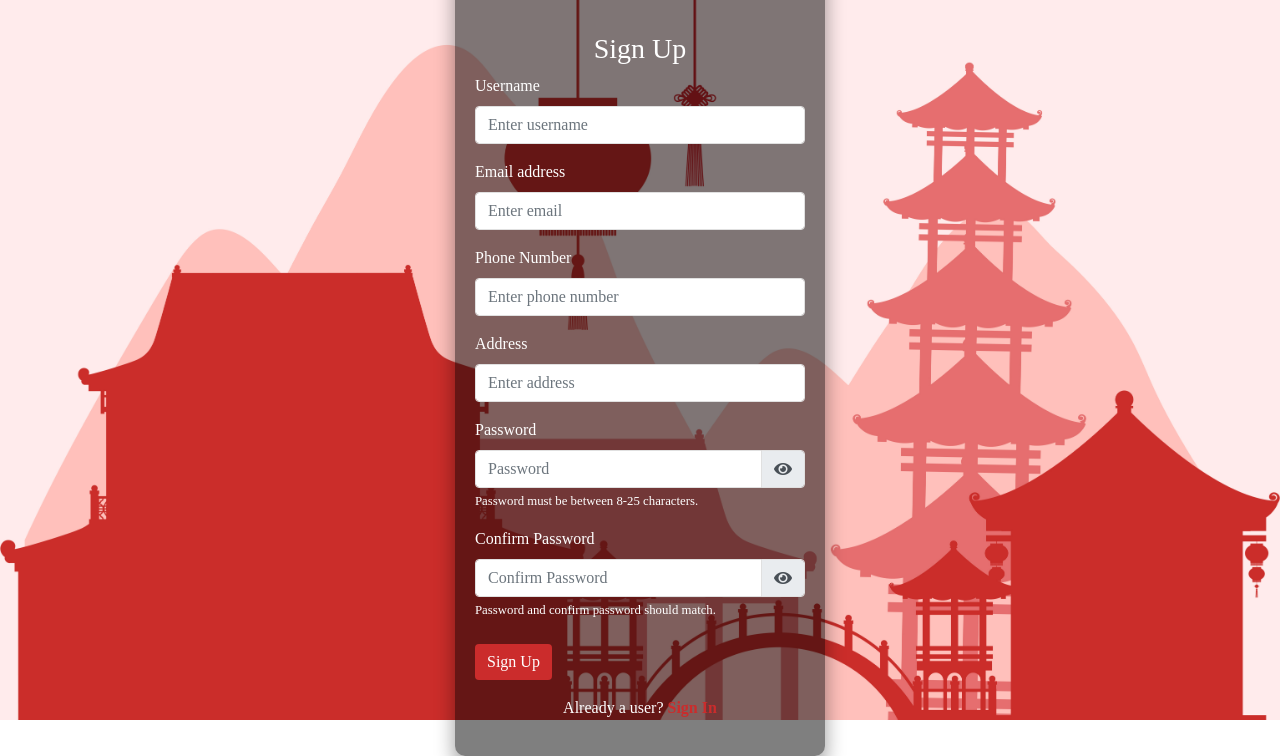
Repository: KARUPPAIYA77/Royal-Kitchen
Page: http://localhost/RoyalKitchen/signUp.jsp
An editor plug-in stored every save of this project. The page is shown before and after the next save, followed by the edit.
The browser window is 1280 px wide. The pictures show the whole page.
Some web libraries are served in a nearby version. The page is served by Tomcat 9.

Above is the page before, as saved 2025-03-04 06:59:44.

After the next save:
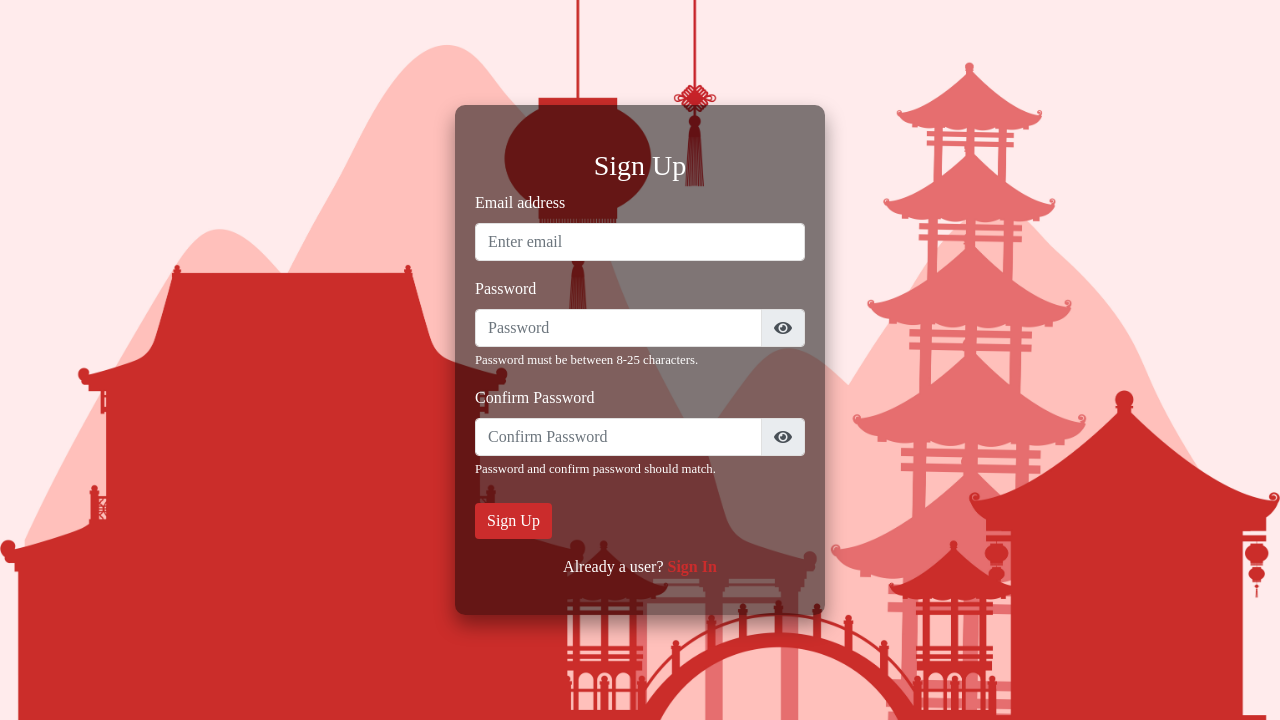
Saved 22 s later.
--- a/RoyalKitchen/src/main/webapp/signUp.jsp
+++ b/RoyalKitchen/src/main/webapp/signUp.jsp
@@ -51,75 +51,65 @@
     -->
 	<div class="bg">
 		<div
-			class="container d-flex justify-content-center align-items-center my-3">
+			class="container d-flex justify-content-center align-items-center my-5">
 			<div class="glass-effect col-10 col-md-8 col-lg-6 col-xl-4">
 				<!--
                 The heading of the sign-up form
                 <p>Displayed as the form title</p>
                 -->
-				<h3 class="text-center mt-5">Sign Up</h3>
+				<h3 class="text-center mt-4">Sign Up</h3>
 
 				<!--
                 The sign-up form
                 <p>Collects user details for signing up</p>
                 -->
 				<form action="signUp" method="post">
-    <!-- Username -->
-    <div class="form-group">
-        <label for="username">Username</label>
-        <input type="text" class="form-control" id="username" name="username" placeholder="Enter username" required>
-    </div>
+					<div class="form-group">
+						<!--
+                        Email input field
+                        <p>Collects the user's email address</p>
+                        -->
+						<label for="email">Email address</label> <input type="email"
+							class="form-control" id="email" name="email"
+							placeholder="Enter email" required>
+					</div>
+					<div class="form-group">
+						<label for="password">Password</label>
+						<div class="input-group">
+							<input type="password" class="form-control" id="password"
+								name="password" placeholder="Password" required>
+							<div class="input-group-append">
+								<span class="input-group-text form-control" id="toggle-password"
+									data-toggle="password" data-target="password" style="cursor: pointer;"> <i
+									class="fas fa-eye"></i>
+								</span>
+							</div>
+						</div>
+						<small class="form-text text-black">Password must be
+							between 8-25 characters.</small>
+					</div>
+					<div class="form-group">
+						<label for="confirm-password">Confirm Password</label>
+						<div class="input-group">
+							<input type="password" class="form-control" id="confirm-password"
+								name="confirmpassword" placeholder="Confirm Password" required>
+							<div class="input-group-append">
+								<span class="input-group-text form-control" id="toggle-confirm-password"
+									data-toggle="password" data-target="confirm-password" style="cursor: pointer;"> <i
+									class="fas fa-eye"></i>
+								</span>
+							</div>
+						</div>
+						<small class="form-text text-black">Password and confirm
+							password should match.</small>
+					</div>
 
-    <!-- Email -->
-    <div class="form-group">
-        <label for="email">Email address</label>
-        <input type="email" class="form-control" id="email" name="email" placeholder="Enter email" required>
-    </div>
-
-    <!-- Phone Number -->
-    <div class="form-group">
-        <label for="phonenumber">Phone Number</label>
-        <input type="text" class="form-control" id="phonenumber" name="phonenumber" placeholder="Enter phone number" required>
-    </div>
-
-    <!-- Address -->
-    <div class="form-group">
-        <label for="address">Address</label>
-        <input type="text" class="form-control" id="address" name="address" placeholder="Enter address" required>
-    </div>
-
-    <!-- Password -->
-    <div class="form-group">
-        <label for="password">Password</label>
-        <div class="input-group">
-            <input type="password" class="form-control" id="password" name="password" placeholder="Password" required>
-            <div class="input-group-append">
-                <span class="input-group-text form-control" id="toggle-password" data-toggle="password" data-target="password" style="cursor: pointer;">
-                    <i class="fas fa-eye"></i>
-                </span>
-            </div>
-        </div>
-        <small class="form-text text-black">Password must be between 8-25 characters.</small>
-    </div>
-
-    <!-- Confirm Password -->
-    <div class="form-group">
-        <label for="confirm-password">Confirm Password</label>
-        <div class="input-group">
-            <input type="password" class="form-control" id="confirm-password" name="confirmpassword" placeholder="Confirm Password" required>
-            <div class="input-group-append">
-                <span class="input-group-text form-control" id="toggle-confirm-password" data-toggle="password" data-target="confirm-password" style="cursor: pointer;">
-                    <i class="fas fa-eye"></i>
-                </span>
-            </div>
-        </div>
-        <small class="form-text text-black">Password and confirm password should match.</small>
-    </div>
-
-    <!-- Submit Button -->
-    <button type="submit" class="btn btn-danger mt-2">Sign Up</button>
-</form>
-
+					<!--
+                    Submit button
+                    <p>Submits the form</p>
+                    -->
+					<button type="submit" class="btn btn-danger mt-2">Sign Up</button>
+				</form>
 
 				<!--
                 Link to the sign-in page
